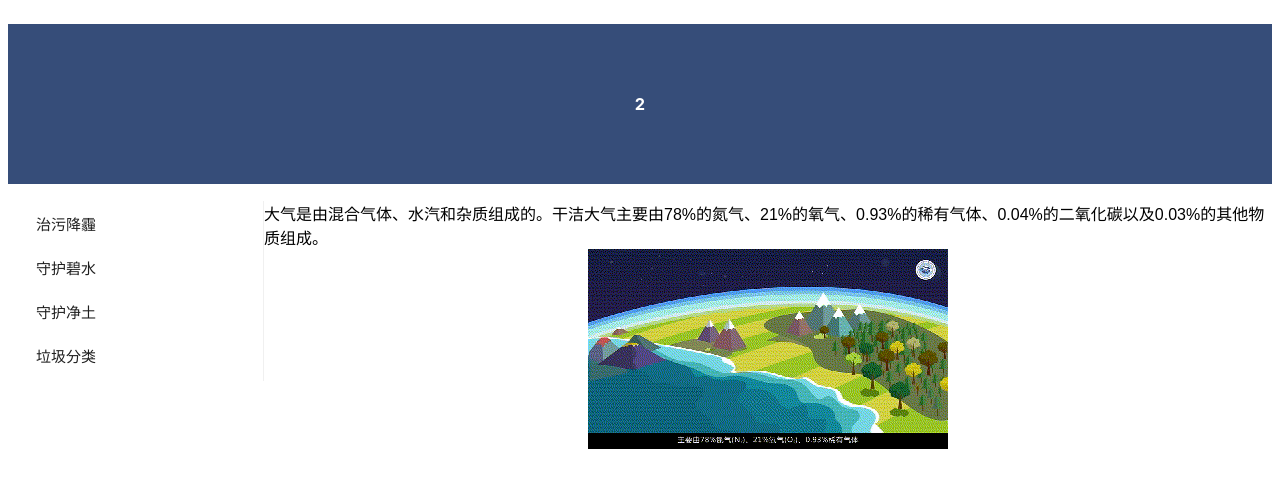
Repository: samllbin/summerWeb
Page: /
The author's editor kept a copy of each file at every save. The page is drawn from the files as they stood at one save, then again after the next save.
The browser window is 1280 px wide. The pictures show the whole page.
The project was rebuilt for these pictures with package versions that can differ from the ones it lists, and the page was loaded fresh each time. Also part of the build but not shown: vite.config.js, components/menu/config.js, components/article/index.module.css, components/article/index.jsx.

Above is the page before, as saved 2024-07-22 16:08:59.

### src/App.jsx
import React, { useState } from "react";
import style from "./assets/index.module.css";
import Carousel from "@components/carousel/index";
import MenuTab from "@components/menu/MenuTab";
import Content from "@components/content";
import Article from "@components/article";

export default function App() {
  const [current, setCurrent] = useState("1");
  return (
    <div>
      <Carousel />
      <div className={style.layout}>
        <MenuTab setCurrent={setCurrent} current={current} />
        <Content />
        {/* <Article type={"all"} /> */}
        {/* <Article type={"right"} /> */}
      </div>
    </div>
  );
}

### src/assets/index.module.css
.layout {
  font-family: "宋体", sans-serif;
  display: flex;
}

### components/carousel/index.jsx
import React from "react";
import { Carousel } from "antd";
import style from "./index.module.css";

export default function carousel() {
  return (
    <Carousel autoplay>
      <div>
        <h3 className={style.contentStyle}>1</h3>
      </div>
      <div>
        <h3 className={style.contentStyle}>2</h3>
      </div>
      <div>
        <h3 className={style.contentStyle}>3</h3>
      </div>
      <div>
        <h3 className={style.contentStyle}>4</h3>
      </div>
    </Carousel>
  );
}

### components/menu/MenuTab.jsx
import React from "react";
import { Menu } from "antd";
import { useState } from "react";
import { config } from "./config";

export default function MenuTab({ current, setCurrent }) {
  const onClick = (e) => {
    console.log("click ", e);
    setCurrent(e.key);
  };
  return (
    <div>
      <Menu
        onClick={onClick}
        style={{ width: 256, fontSize: 15 }}
        defaultOpenKeys={["sub1"]}
        selectedKeys={[current]}
        mode="inline"
        items={config}
      />
    </div>
  );
}

### components/content/index.jsx
import React from "react";
import style from "./index.module.css";

export default function Content() {
  return (
    <div className={style.layout}>
      <span>
        大气是由混合气体、水汽和杂质组成的。干洁大气主要由78%的氮气、21%的氧气、0.93%的稀有气体、0.04%的二氧化碳以及0.03%的其他物质组成。
      </span>
      <img src="../../public/大气组成.png" alt="" />
    </div>
  );
}

### components/carousel/index.module.css
.contentStyle {
  height: 160px;
  color: #fff;
  line-height: 160px;
  text-align: center;
  background: #364d79;
}

### components/content/index.module.css
.layout {
  display: flex;
  width: 100%;
  flex-direction: column;
  align-items: center;
  justify-content: center;
}

Loaded but not shown: index.html (common file); src/main.jsx (common file)

After the next save:
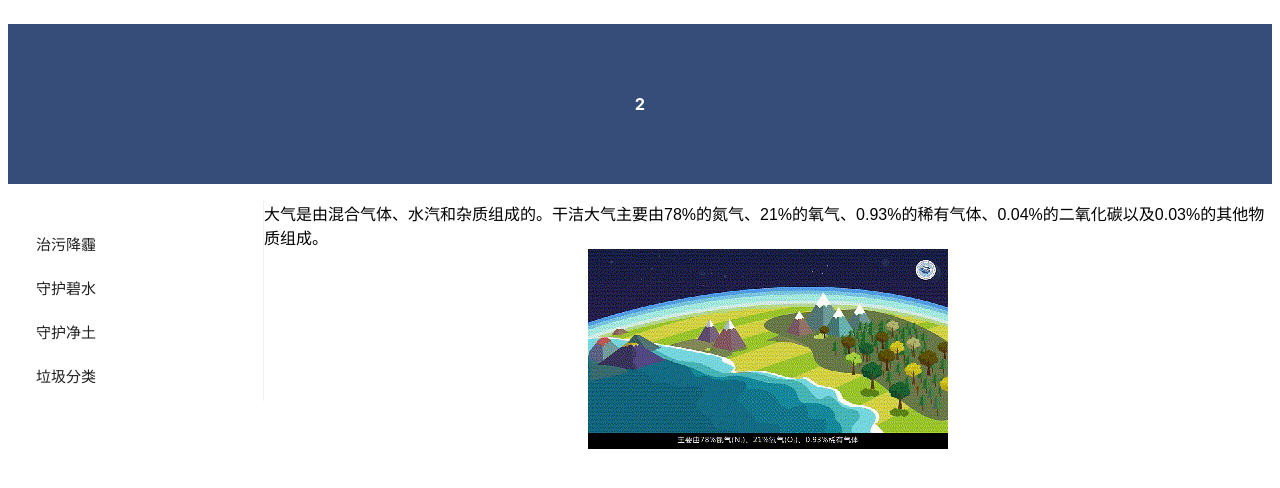
Saved 23 s later.
--- a/components/menu/MenuTab.jsx
+++ b/components/menu/MenuTab.jsx
@@ -12,7 +12,7 @@ export default function MenuTab({ current, setCurrent }) {
     <div>
       <Menu
         onClick={onClick}
-        style={{ width: 256, fontSize: 15 }}
+        style={{ width: 256, fontSize: 15, paddingTop: 20 }}
         defaultOpenKeys={["sub1"]}
         selectedKeys={[current]}
         mode="inline"
